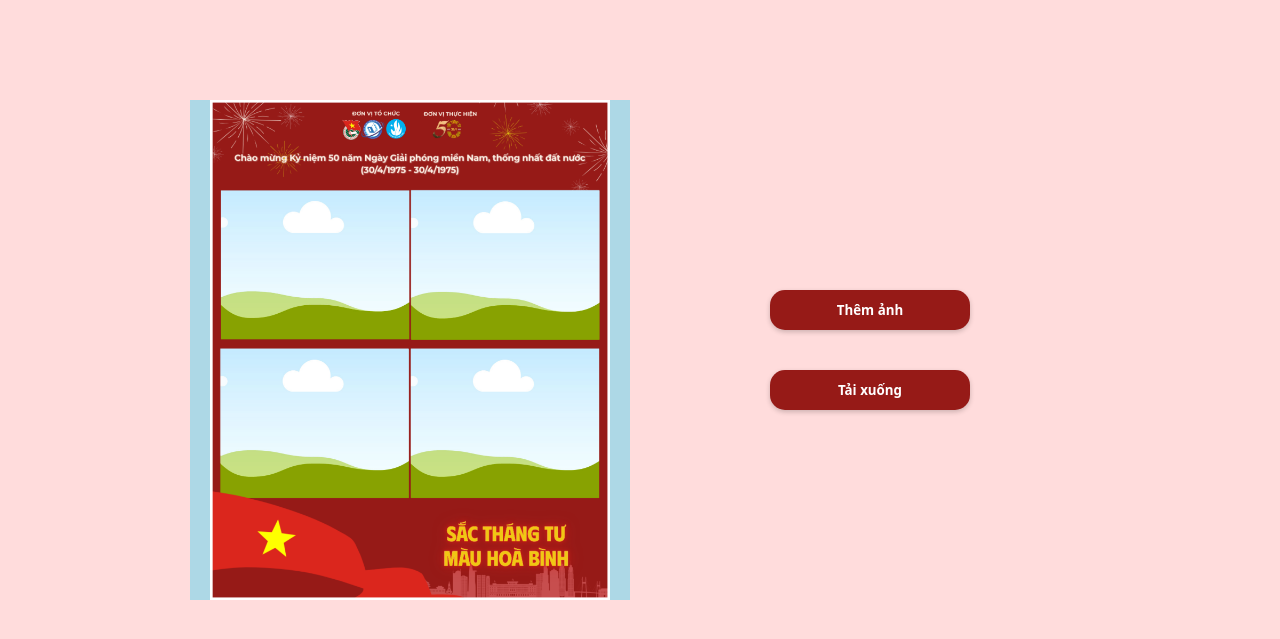
Repository: nguyentambinh/tuoitretdmu
Page: http://localhost/
The author's editor kept a copy of each file at every save. The page is drawn from the files as they stood at one save, then again after a run of saves.
The browser window is 1280 px wide. The pictures show the whole page.
The page is run by PHP 8.4 with error messages shown; the project is at /var/www/html/.

Above is the page before, as saved 2025-04-10 13:30:05.

After the next 2 saves:
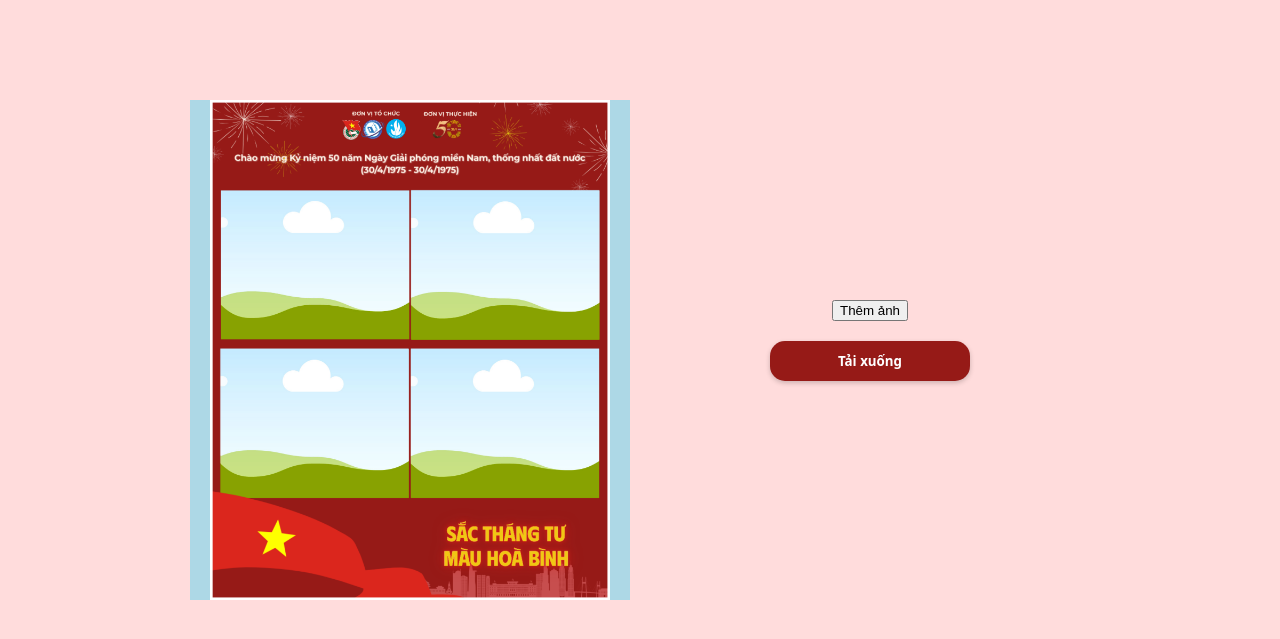
The 2 saves are shown as one change because they came seconds apart.
The last was saved 4 min 57 s later.
--- a/index.php
+++ b/index.php
@@ -16,7 +16,7 @@
             <img src="" alt="" class="img-sub"><img src="" alt="" class="img-sub">
         </div>
         <div class="control-box">
-            <button class="btn-custom btn-add-picture">Thêm ảnh</button>
+            <button class="class="input-group mb-[10px]" btn-custom btn-add-picture">Thêm ảnh</button>
             <button class="btn-custom btn-dowload-picture">Tải xuống</button>
         </div>
     </div>

After the 2 saves that followed:
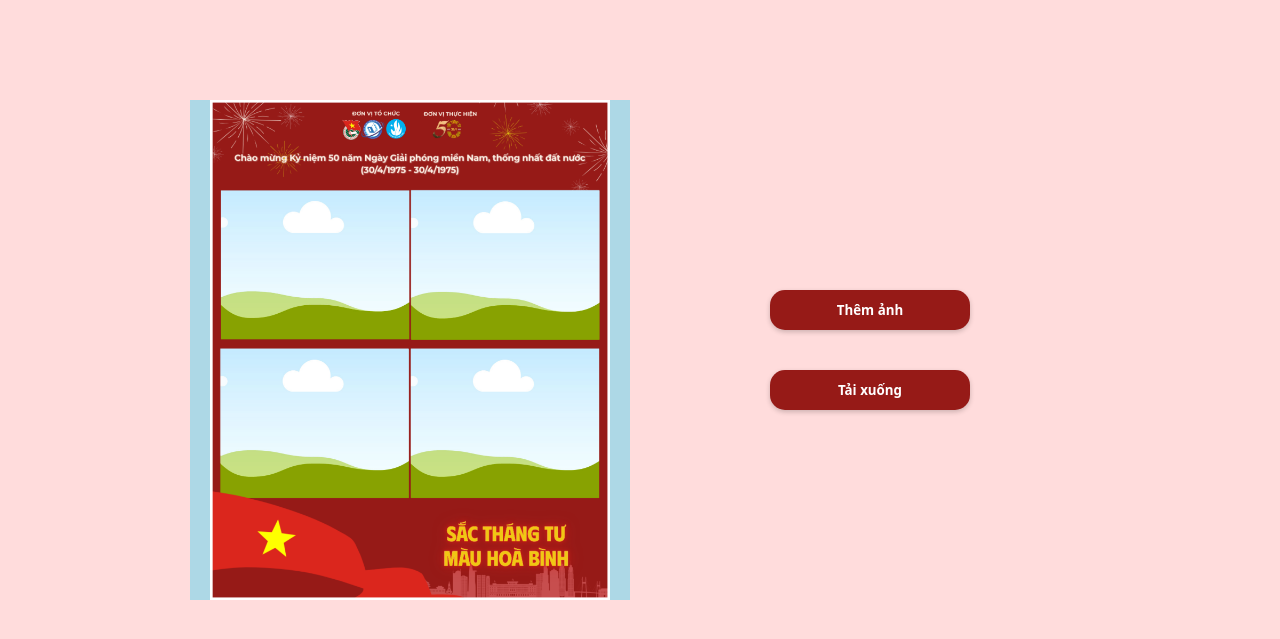
The 2 saves are shown as one change because they came seconds apart.
The last was saved 5 s later.
--- a/index.php
+++ b/index.php
@@ -16,7 +16,7 @@
             <img src="" alt="" class="img-sub"><img src="" alt="" class="img-sub">
         </div>
         <div class="control-box">
-            <button class="class="input-group mb-[10px]" btn-custom btn-add-picture">Thêm ảnh</button>
+            <button class="input-group mb-[10px] btn-custom btn-add-picture">Thêm ảnh</button>
             <button class="btn-custom btn-dowload-picture">Tải xuống</button>
         </div>
     </div>
